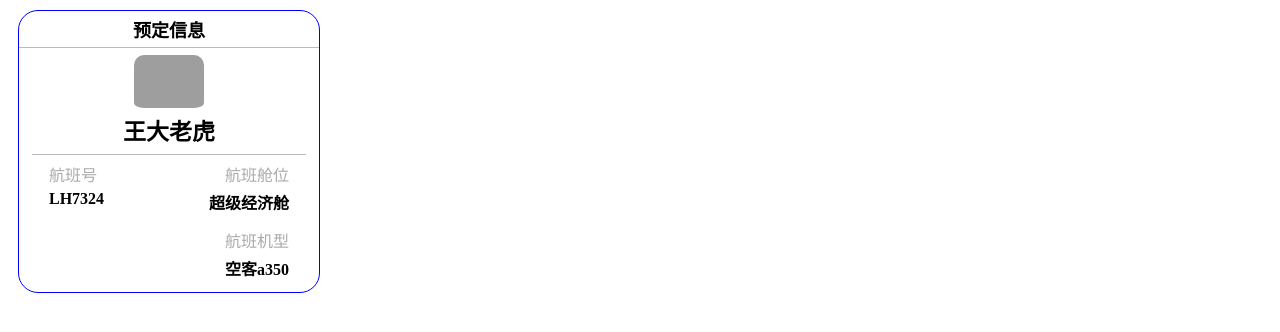
Repository: xzm1997/react-learning
Page: /
The author's editor kept a copy of each file at every save. The page is drawn from the files as they stood at one save, then again after a run of saves.
The browser window is 1280 px wide. The pictures show the whole page.
Pictures or frames that could not be fetched are drawn as grey boxes. The project was rebuilt for these pictures with package versions that can differ from the ones it lists, and the page was loaded fresh each time. Also part of the build but not shown: src/index.css.

Above is the page before, as saved 2023-02-11 09:55:54.

### src/index.js
import React from 'react';
import ReactDOM from 'react-dom/client';
import './index.css';

import BookInfo from './component/BookInfo.js'


export function Root() {
  const userName = '王大老虎';
  const ticketInfo = {
    airline : '汉莎航空',
    flightNum : 'LH7324',
    level : '超级经济舱',
    plane : '空客a350'
  }
  return (
    <div>
      <BookInfo
        userName={userName}
        ticketInfo={ticketInfo}
      />
    </div>
  )
}

// ========================================

const root = ReactDOM.createRoot(document.getElementById("root"));
root.render(<Root />);

### src/component/BookInfo.js
import './BookInfo.css'

export function UserInfo(props) {
  return (
    <div className='userInfo'>
      <img
        src='https://img1.baidu.com/it/u=1964469406,3571897169&fm=253&fmt=auto&app=138&f=JPEG?w=500&h=500'
        alt='ava'
        className='ava'
      ></img>
      <div className='userName'>{props.userName}</div>
    </div>
  )
}

export function InfoShow(props) {
  return (
    <div className='infoShow'>
      <div className='bookTitle'>{props.title}</div>
      <div className='bookContent'>{props.content}</div>
    </div>
  )
}

export default function BookInfo(props) {
  return (
    <div className='contentDisplay'>
      <div className='totalTitle'>预定信息</div>
      <UserInfo userName={props.userName} />
      <div className='infoDisplay'>
        <div className='infoItem leftSide'>
          {/* <InfoShow title='航空公司' content={props.ticketInfo.airline}/> */}
          <InfoShow title='航班号' content={props.ticketInfo.flightNum}/>
        </div>
        <div className='infoItem rightSide'>
          <InfoShow title='航班舱位' content={props.ticketInfo.level}/>
          <InfoShow title='航班机型' content={props.ticketInfo.plane}/>
        </div>
      </div>
    </div>
    )
}

### src/component/BookInfo.css
.contentDisplay {
  width: 300px;
  border: solid 1px #00f;
  /* background: lemonchiffon; */
  border-radius: 20px;
  padding:5px 0;
  margin: 10px;
  display: flex;
  flex-direction: column;
  align-items: center;
}

.userInfo {
  display: flex;
  flex-direction: column;
  align-items: center;
  width: 260px;
  padding: 7px;
  border-bottom: solid 1px #bbb;
}

.ava {
  width: 70px;
  border-radius: 10px;
  padding-bottom: 5px;
}

.userName {
  font-weight: 700;
  font-size: 23px;
}

.bookTitle {
  color: #aaa;
}

.totalTitle {
  font-size: 18px;
  font-weight: 700;
  text-align: center;
  width: 300px;
  padding-bottom: 5px;
  border-bottom: solid 1px #bbb;
}

.bookContent {
  font-weight: 700;
}

.infoShow {
  padding: 5px 0;
}

.bookTitle {
  padding: 2px 0;
}

.bookContent {
  padding: 2px 0;
}

.infoDisplay {
  display: flex;
}

.infoItem {
  width: 120px;
}

.rightSide {
  text-align: right;
}

Loaded but not shown: public/index.html (common file)

After the next 2 saves:
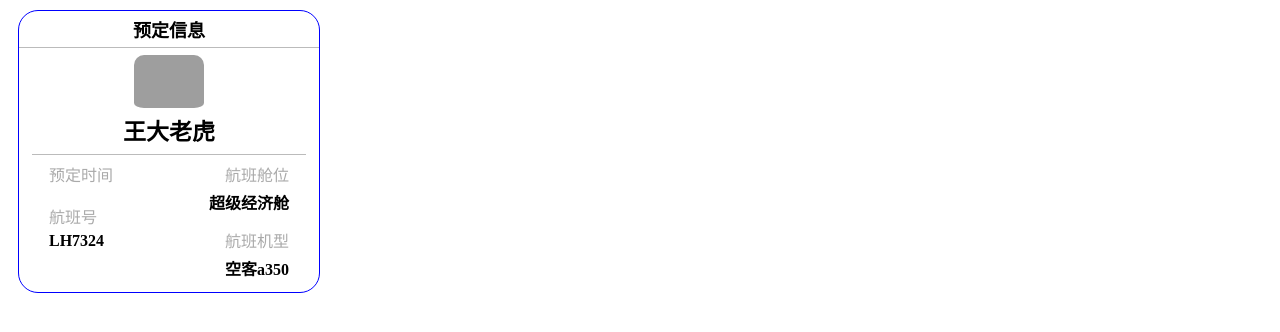
The 2 saves are shown as one change because 1 did not build or start.
The last was saved 49 s later.
--- a/src/component/BookInfo.js
+++ b/src/component/BookInfo.js
@@ -30,6 +30,7 @@ export default function BookInfo(props) {
       <div className='infoDisplay'>
         <div className='infoItem leftSide'>
           {/* <InfoShow title='航空公司' content={props.ticketInfo.airline}/> */}
+          <InfoShow title='预定时间'/>
           <InfoShow title='航班号' content={props.ticketInfo.flightNum}/>
         </div>
         <div className='infoItem rightSide'>

After the 2 saves that followed:
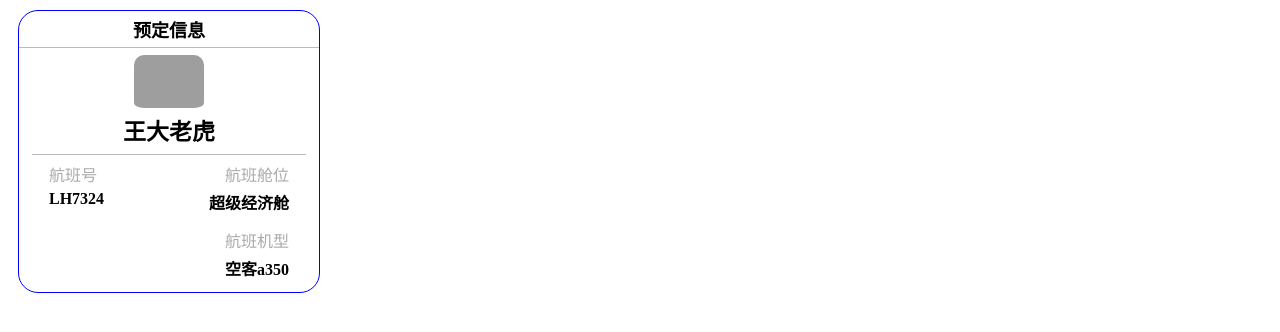
The 2 saves are shown as one change because they came seconds apart.
The last was saved 67 s later.
--- a/src/component/BookInfo.js
+++ b/src/component/BookInfo.js
@@ -14,7 +14,7 @@ export function UserInfo(props) {
 }
 
 export function InfoShow(props) {
-  return (
+  if (props.title && props.content) return (
     <div className='infoShow'>
       <div className='bookTitle'>{props.title}</div>
       <div className='bookContent'>{props.content}</div>
